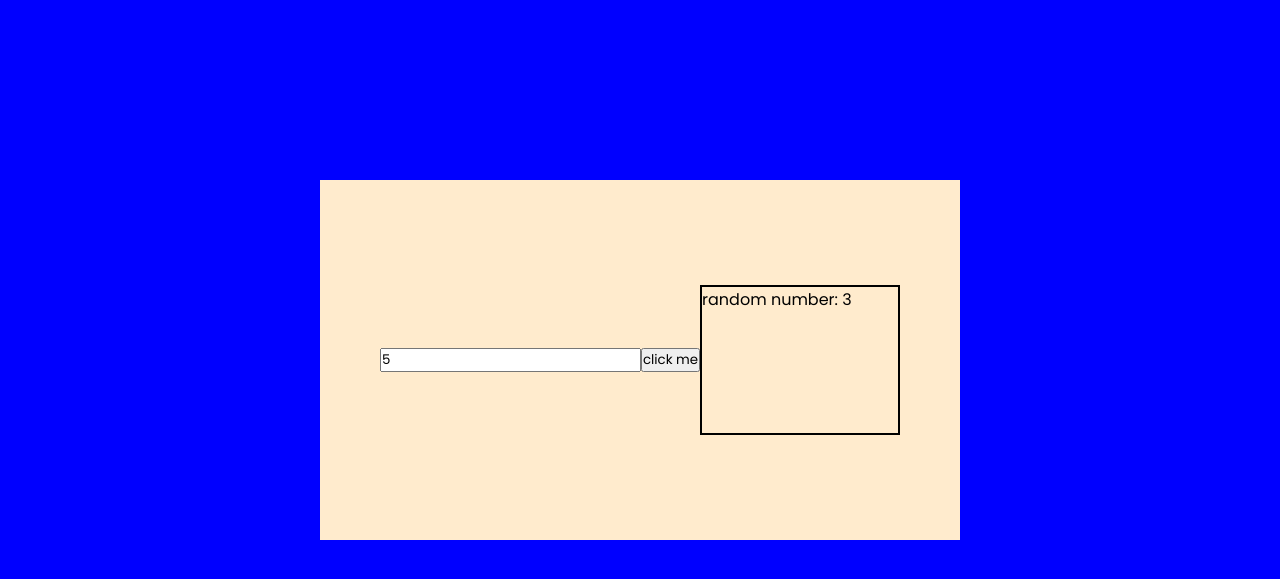
Repository: NarekTovmasyan/promise
Page: inex.html
An editor plug-in stored every save of this project. The page is shown before and after the next save, followed by the edit.
The browser window is 1280 px wide. The pictures show the whole page.
Empty fields were first filled with sample values (such as "Sample", 5 or name@example.com).
After loading, the first visible `#button` was clicked once.

Above is the page before, as saved 2022-02-22 18:13:59.
Console error (its wording comes from the project's code and is left out).

### inex.html
<!DOCTYPE html>
<html lang="en">

<head>
    <meta charset="UTF-8">
    <meta http-equiv="X-UA-Compatible" content="IE=edge">
    <meta name="viewport" content="width=device-width, initial-scale=1.0">
    <title>Document</title>
    <link rel="stylesheet" href="./style.css">
</head>

<body>
    <div class="body">
        <div class="conteiner">
            <div class="main">
                <input type="number" id="value" placeholder="enter number 1-6">
                <button class="btn" id="button">click me</button>
                <div class="table" id="show-text">
                    <p class="p1"></p>
                    <p class="p2"></p>
                </div>
                <p class="sum"></p>
            </div>
        </div>
    </div>
    <script src="./script.js"></script>
</body>

</html>

### style.css
@import url('https://fonts.googleapis.com/css2?family=Poppins:wght@200;300;400;500;600;700&display=swap');
* {
    margin: 0;
    padding: 0;
    box-sizing: border-box;
    font-family: 'Poppins', sans-serif;
}

.body {
    background-color: blue;
    position: absolute;
    width: 100%;
    height: 100%;
    display: flex;
    align-items: center;
    justify-content: center;
}

.conteiner {
    background-color: blanchedalmond;
    position: relative;
    width: 50%;
    height: 50%;
    display: flex;
    align-items: center;
    justify-content: center;
}

.main {
    display: contents;
    flex-direction: row;
}


/* .btn {

} */

.table {
    border: 2px solid black;
    width: 200px;
    height: 150px;
}

### script.js
// const myBirthday = (isSick) => {
//     return new Promise(function (resolve, reject) {
//       if (!isSick) {
//         setTimeout(() => resolve(2), 2000);
//       } else {
//         reject("I dont have cake :разочарование_облегчение:");
//       }
//     });
//   };
//   const handleCake = async () => {
//     try {
//       let result = await myBirthday(true); // result = 2
//       console.log(`I have ${result} cakes :день_рождения:`);
//     } catch (err) {
//       console.log(err);
//     } finally {
//       console.log("Party");
//     }
//   };
//   handleCake();



// myBirthday(true)
//   .then((result) => console.log(`I have ${result} cakes :день_рождения:`))
//   .catch((err) => console.log(err))
//   .finally(() => console.log("Party"));


// let number = 5;

// function compare(argument) {
//     return new Promise(function(resolve, reject) {
//         if (number > argument) {
//             resolve(number)
//         } else {
//             reject(new Error("oops"))
//         }
//     })
// };
// compare(6).then(function(number) {
//     console.log(number);
// }).catch(function(error) {
//     console.log(error);
// }).finally(() => {
//     console.log("barlus");
// })

const value = document.getElementById("value");
const button = document.getElementById("button");
const p1Text = document.querySelector(".p1");
let p2Text = document.querySelector(".p2");
const sum = document.querySelector(".sum");
let showText = document.getElementById("show-text");
let totalCount = 0;

function randomNum(max) {
    return Math.floor(Math.random() * max) + 1;
}

function guess(random, inputValue) {
    return new Promise(function(resolve, reject) {
        let count = 0;
        if (inputValue === random) {
            count = 2;
            resolve(count);
        } else if (Math.abs(inputValue - random) === 1) {
            count = 1;
            resolve(count);
        } else {
            count = 0;
            reject(count);
        }
    })
};

button.addEventListener("click", function() {
    let random = randomNum(6);
    //let inputValue = "";
    if (Number(value.value) > 6 || Number(value.value) < 1) {
        showText.innerText = "";
        alert("enter chisht number, 1-6")
    } else {
        inputValue = Number(value.value);
        p1Text.innerText = "random number: " + random;
    }
    guess(random, inputValue).then(function(result) {
        totalCount += result;
        p2Text.innerText = `count number: ${result}`;
        sum.innerText = `total: ${totalCount}`;
    })

})

After the next save:
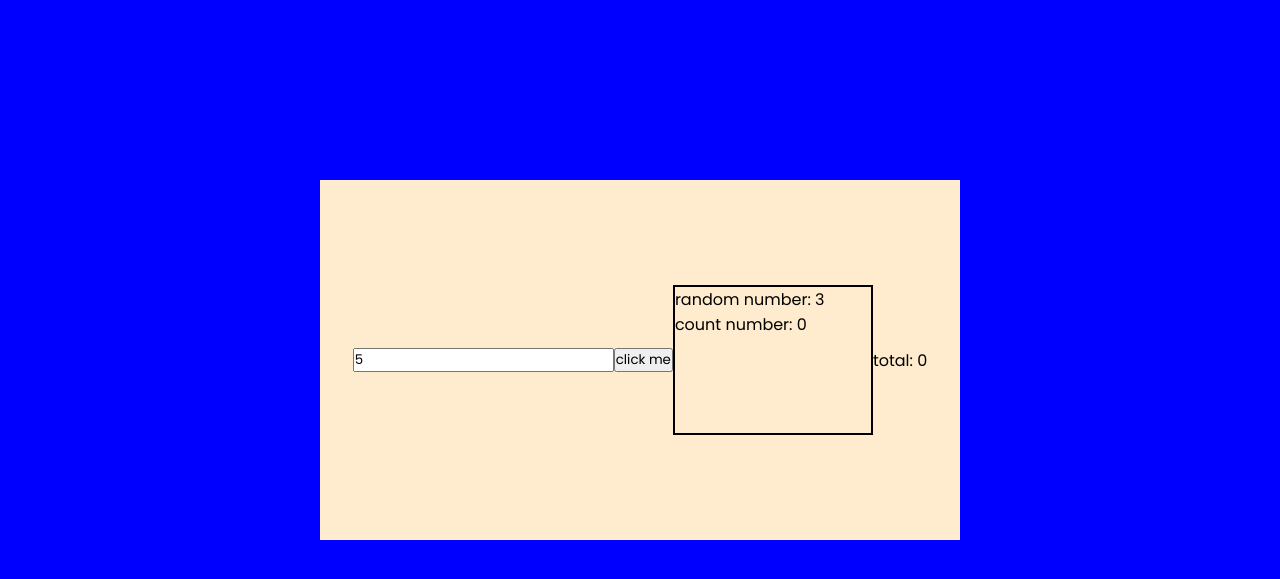
The error is gone.
Saved 73 s later.
--- a/script.js
+++ b/script.js
@@ -88,6 +88,10 @@ button.addEventListener("click", function() {
         totalCount += result;
         p2Text.innerText = `count number: ${result}`;
         sum.innerText = `total: ${totalCount}`;
+    }).catch(function(param) {
+        totalCount += param;
+        p2Text.innerText = `count number: ${param}`;
+        sum.innerText = `total: ${totalCount}`;
     })
 
 })
